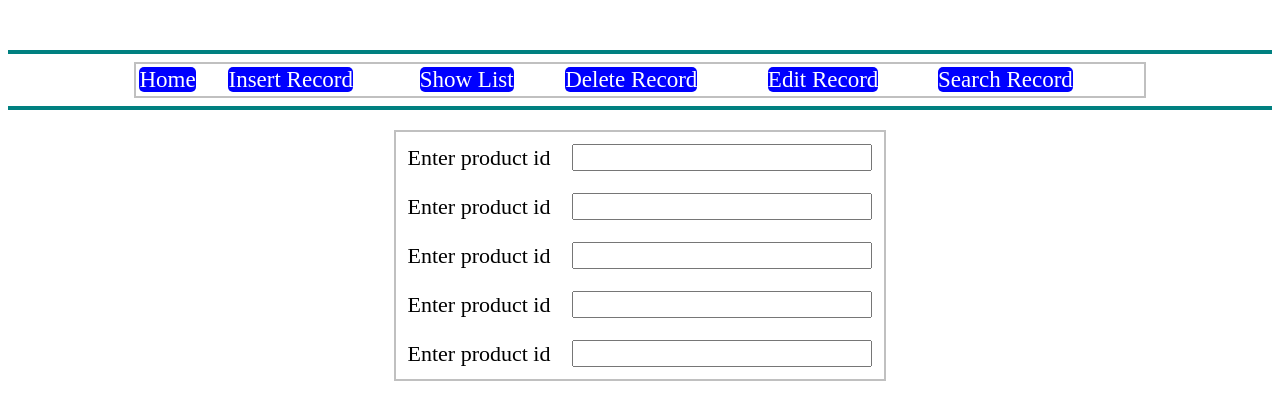
Repository: nikunj-var/Advance_Java
Page: http://localhost/product_management/insert.jsp
An editor plug-in stored every save of this project. The page is shown before and after the next save, followed by the edit.
The browser window is 1280 px wide. The pictures show the whole page.
The page is served by Tomcat 10. Other server files are loaded and not shown.

Above is the page before, as saved 2023-07-17 13:15:01.

### product_management/src/main/webapp/insert.jsp
<%@ include file = "navbar.jsp"%>
<html>
	<body>
		<table class='table'>
			<tr >
				<td class='tabledata'>Enter product id</td>
				<td class='tabledata'><input type="text" class="textbox" name="pid" required></td>
			</tr>
			<tr >
				<td class='tabledata'>Enter product id</td>
				<td class='tabledata'><input type="text" class="textbox" name="pid" required></td>
			</tr>
			<tr >
				<td class='tabledata'>Enter product id</td>
				<td class='tabledata'><input type="text" class="textbox" name="pid" required></td>
			</tr>
			<tr >
				<td class='tabledata'>Enter product id</td>
				<td class='tabledata'><input type="text" class="textbox" name="pid" required></td>
			</tr>
			<tr >
				<td class='tabledata'>Enter product id</td>
				<td class='tabledata'><input type="text" class="textbox" name="pid" required></td>
			</tr>
		</table>
	</body>
</html>

### product_management/src/main/webapp/navbar.jsp

<html>
	<head>
		<link rel='stylesheet' href='CSS/style.css'>
	</head>
	<body>
		<div class='div'>
			<hr style='border:2px solid teal;'>
			<table style='margin:auto; width:80%;' class='table'>
				<tr>
					<td><a href= '/product_management' class='btr'>Home</a></td>
					<td><a href= 'insert.jsp' class='btr'>Insert Record</a></td>
					<td><a href= '#' class='btr'>Show List</a></td>
					<td><a href= '#' class='btr'>Delete Record</a></td>
					<td><a href= '#' class='btr'>Edit Record</a></td>
					<td><a href= '#' class='btr'>Search Record</a></td>
				</tr>
			</table>
			<hr style='border:2px solid teal;'>
		</div>

	</body>
</html>

### product_management/src/main/webapp/CSS/style.css
.div{
	text-align: center;
	margin-top: 50px;
}

.btr{
	color: white;
	background-color: blue;
	padding-top: 5px 15px;
	border-radius: 5px;
	text-decoration: none;
	font-size: 23px;
}
.btr:hover{
	background-color: gray;
}
.table{
	margin: auto;
	margin-top: 20px;
	font-size: 22px;
	border: 2px solid silver;
}
.textbox{
	font-size: 18px;
	width: 300px;
}
.button{
	color: white;
	background-color: blue;
	padding-top: 5px 15px;
	border-radius: 5px;
	font-size: 18px;
}
.tabledata{
	padding: 10px;
}

After the next save:
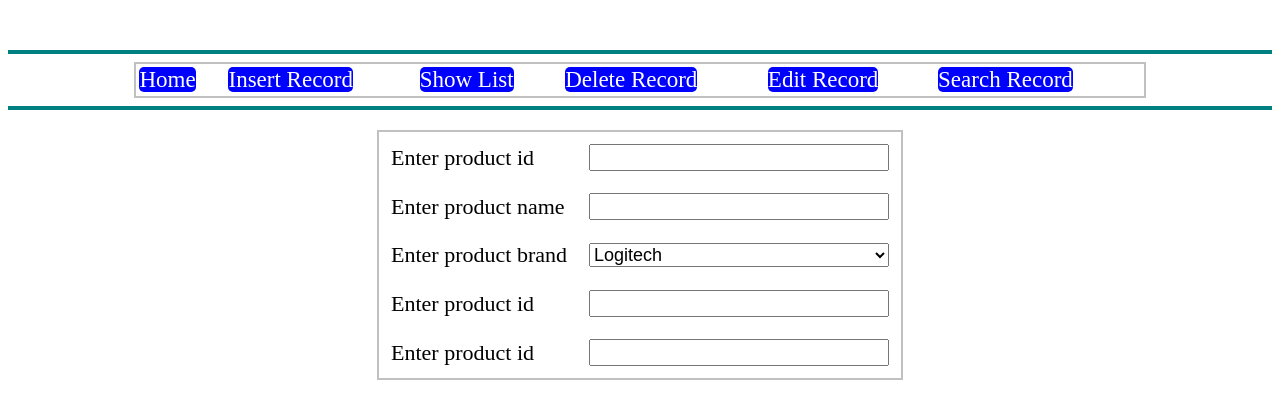
Saved 6 min 47 s later.
--- a/product_management/src/main/webapp/insert.jsp
+++ b/product_management/src/main/webapp/insert.jsp
@@ -7,12 +7,21 @@
 				<td class='tabledata'><input type="text" class="textbox" name="pid" required></td>
 			</tr>
 			<tr >
-				<td class='tabledata'>Enter product id</td>
+				<td class='tabledata'>Enter product name</td>
 				<td class='tabledata'><input type="text" class="textbox" name="pid" required></td>
 			</tr>
 			<tr >
-				<td class='tabledata'>Enter product id</td>
-				<td class='tabledata'><input type="text" class="textbox" name="pid" required></td>
+				<td class='tabledata'>Enter product brand</td>
+				<td class='tabledata'>
+					<select class='textbox'>
+						<option>Logitech</option>
+						<option>Dell</option>
+						<option>Apple</option>
+						<option>Samsung</option>
+						<option>Micromax</option>
+						<option>Mi</option>
+					</select>
+				</td>
 			</tr>
 			<tr >
 				<td class='tabledata'>Enter product id</td>
